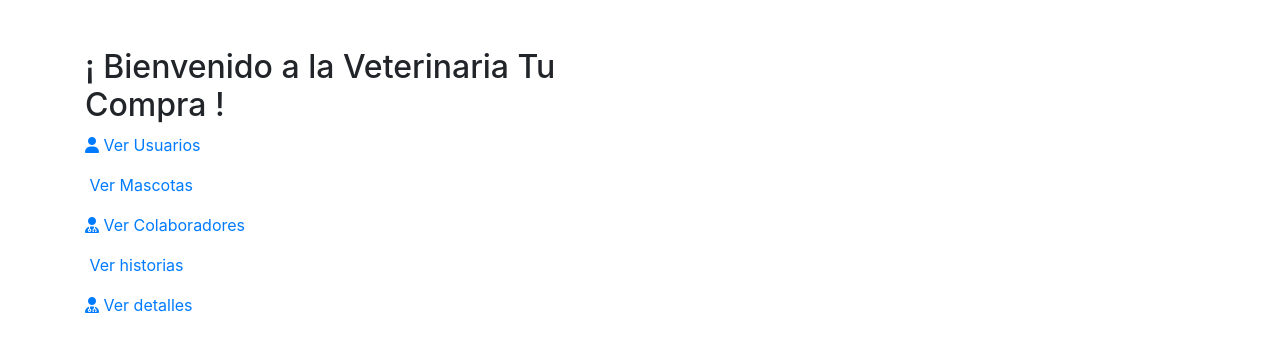
Repository: SebasBarrera/historial-clinico-veterinario
Page: historial-clinico-veterinario-backend/src/main/resources/static/index.html
These files come from the project's save history. The page is drawn as it stood at one moment and after the next save; the edit follows.
The browser window is 1280 px wide. The pictures show the whole page.
Some icons come from a web library that is not loaded, so they are not drawn. Some web libraries are served in a nearby version.

Above is the page before, as saved 2023-02-27 05:54:27.

### historial-clinico-veterinario-backend/src/main/resources/static/index.html
<!DOCTYPE html>
<html xmlns:th="http://www.thymeleaf.org">
<head>
<meta charset="utf-8">
<meta http-equiv="x-ua-compatible" content="ie=edge">
<title>Veterinaria Tu Compra</title>
<meta name="viewport" content="width=device-width, initial-scale=1">
<link rel="stylesheet"
	href="https://stackpath.bootstrapcdn.com/bootstrap/4.1.3/css/bootstrap.min.css"
	integrity="sha384-MCw98/SFnGE8fJT3GXwEOngsV7Zt27NXFoaoApmYm81iuXoPkFOJwJ8ERdknLPMO"
	crossorigin="anonymous">
<link rel="stylesheet" href="https://kit.fontawesome.com/2b51fc855b.css" crossorigin="anonymous">
</head>
<body>
	<div class="container my-5">
		<div class="row">
			<div class="col-md-6">
				<h2>¡ Bienvenido a la Veterinaria Tu Compra !</h2>

				<p><a href="/usuario/"><i class="fa-solid fa-user "></i> Ver Usuarios</a></p>
				<p><a href="/mascota/"><i class="fa-solid fa-paw-simple"></i> Ver Mascotas</a></p>
				<p><a href="/colaborador/"><i class="fa-solid fa-user-doctor"></i> Ver Colaboradores</a></p>
				<p><a href="/historia/"><i class="fa-solid fa-paw-simple"></i> Ver historias</a></p>
				<p><a href="/detalle/"><i class="fa-solid fa-user-doctor "></i> Ver detalles</a></p>
				<!-- <p><a href="/specialqueries/address/"><i class="fas fa-calendar ml-2"></i> Go to Special Queries</a></p>-->
				<!--  <a href="/logout" class="btn btn-primary">Logout</a>-->
			</div>
		</div>
	</div>
</body>

After the next save:
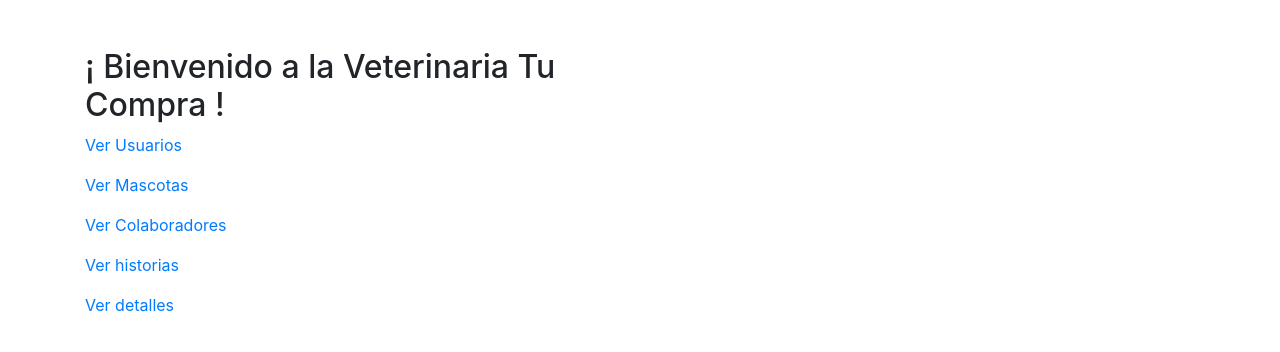
Saved 105 s later.
--- a/historial-clinico-veterinario-backend/src/main/resources/static/index.html
+++ b/historial-clinico-veterinario-backend/src/main/resources/static/index.html
@@ -17,11 +17,11 @@
 			<div class="col-md-6">
 				<h2>¡ Bienvenido a la Veterinaria Tu Compra !</h2>
 
-				<p><a href="/usuario/"><i class="fa-solid fa-user "></i> Ver Usuarios</a></p>
-				<p><a href="/mascota/"><i class="fa-solid fa-paw-simple"></i> Ver Mascotas</a></p>
-				<p><a href="/colaborador/"><i class="fa-solid fa-user-doctor"></i> Ver Colaboradores</a></p>
-				<p><a href="/historia/"><i class="fa-solid fa-paw-simple"></i> Ver historias</a></p>
-				<p><a href="/detalle/"><i class="fa-solid fa-user-doctor "></i> Ver detalles</a></p>
+				<p><a href="/usuario/"><i class="fas-solid fa-user "></i> Ver Usuarios</a></p>
+				<p><a href="/mascota/"><i class="fas-solid fa-paw-simple"></i> Ver Mascotas</a></p>
+				<p><a href="/colaborador/"><i class="fas-solid fa-user-doctor"></i> Ver Colaboradores</a></p>
+				<p><a href="/historia/"><i class="fas-solid fa-paw-simple"></i> Ver historias</a></p>
+				<p><a href="/detalle/"><i class="fas-solid fa-user-doctor "></i> Ver detalles</a></p>
 				<!-- <p><a href="/specialqueries/address/"><i class="fas fa-calendar ml-2"></i> Go to Special Queries</a></p>-->
 				<!--  <a href="/logout" class="btn btn-primary">Logout</a>-->
 			</div>

After the save that followed:
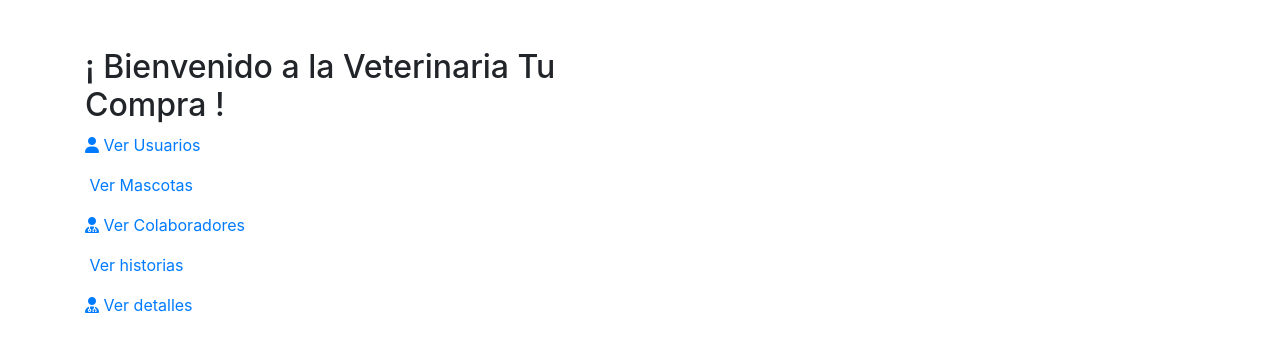
Saved 39 s later.
--- a/historial-clinico-veterinario-backend/src/main/resources/static/index.html
+++ b/historial-clinico-veterinario-backend/src/main/resources/static/index.html
@@ -17,11 +17,11 @@
 			<div class="col-md-6">
 				<h2>¡ Bienvenido a la Veterinaria Tu Compra !</h2>
 
-				<p><a href="/usuario/"><i class="fas-solid fa-user "></i> Ver Usuarios</a></p>
-				<p><a href="/mascota/"><i class="fas-solid fa-paw-simple"></i> Ver Mascotas</a></p>
-				<p><a href="/colaborador/"><i class="fas-solid fa-user-doctor"></i> Ver Colaboradores</a></p>
-				<p><a href="/historia/"><i class="fas-solid fa-paw-simple"></i> Ver historias</a></p>
-				<p><a href="/detalle/"><i class="fas-solid fa-user-doctor "></i> Ver detalles</a></p>
+				<p><a href="/usuario/"><i class="fas fa-user "></i> Ver Usuarios</a></p>
+				<p><a href="/mascota/"><i class="fas fa-paw-simple"></i> Ver Mascotas</a></p>
+				<p><a href="/colaborador/"><i class="fas fa-user-doctor"></i> Ver Colaboradores</a></p>
+				<p><a href="/historia/"><i class="fas fa-paw-simple"></i> Ver historias</a></p>
+				<p><a href="/detalle/"><i class="fas fa-user-doctor "></i> Ver detalles</a></p>
 				<!-- <p><a href="/specialqueries/address/"><i class="fas fa-calendar ml-2"></i> Go to Special Queries</a></p>-->
 				<!--  <a href="/logout" class="btn btn-primary">Logout</a>-->
 			</div>
